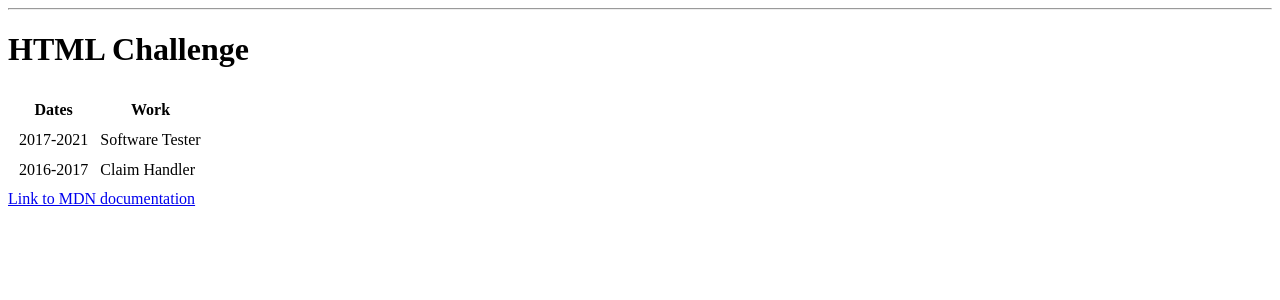
Repository: ew-code/Web-Development
Page: HTML - Personal Site/index copy.html
The author's editor kept a copy of each file at every save. The page is drawn from the files as they stood at one save, then again after a run of saves.
The browser window is 1280 px wide. The pictures show the whole page.

Above is the page before, as saved 2021-01-05 18:17:13.

After the next 3 saves:
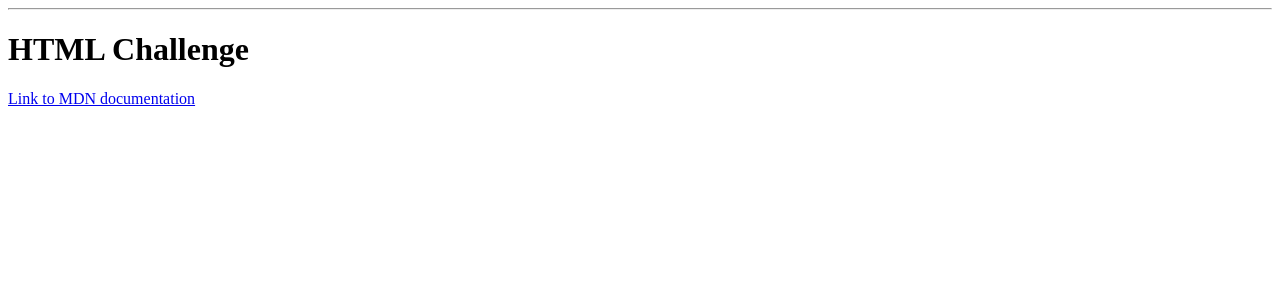
The 3 saves are shown as one change because they came seconds apart.
The last was saved 11 s later.
--- a/HTML - Personal Site/index copy.html
+++ b/HTML - Personal Site/index copy.html
@@ -10,27 +10,6 @@
 
   <h1><strong> HTML Challenge</strong></h1>
 
-  <table cellspacing="10">
-    <thead>
-      <tr>
-        <th>Dates</th>
-        <th>Work</th>
-      </tr>
-    </thead>
-    <tbody>
-      <tr>
-        <td>2017-2021</td>
-        <td>Software Tester</td>
-      </tr>
-    </tbody>
-    <tbody>
-      <tr>
-        <td>2016-2017</td>
-        <td>Claim Handler</td>
-      </tr>
-    </tbody>
-  </table>
-
   <a href="https://developer.mozilla.org/en-US/docs/Web/HTML">Link to MDN documentation</a>
 </body>
 
